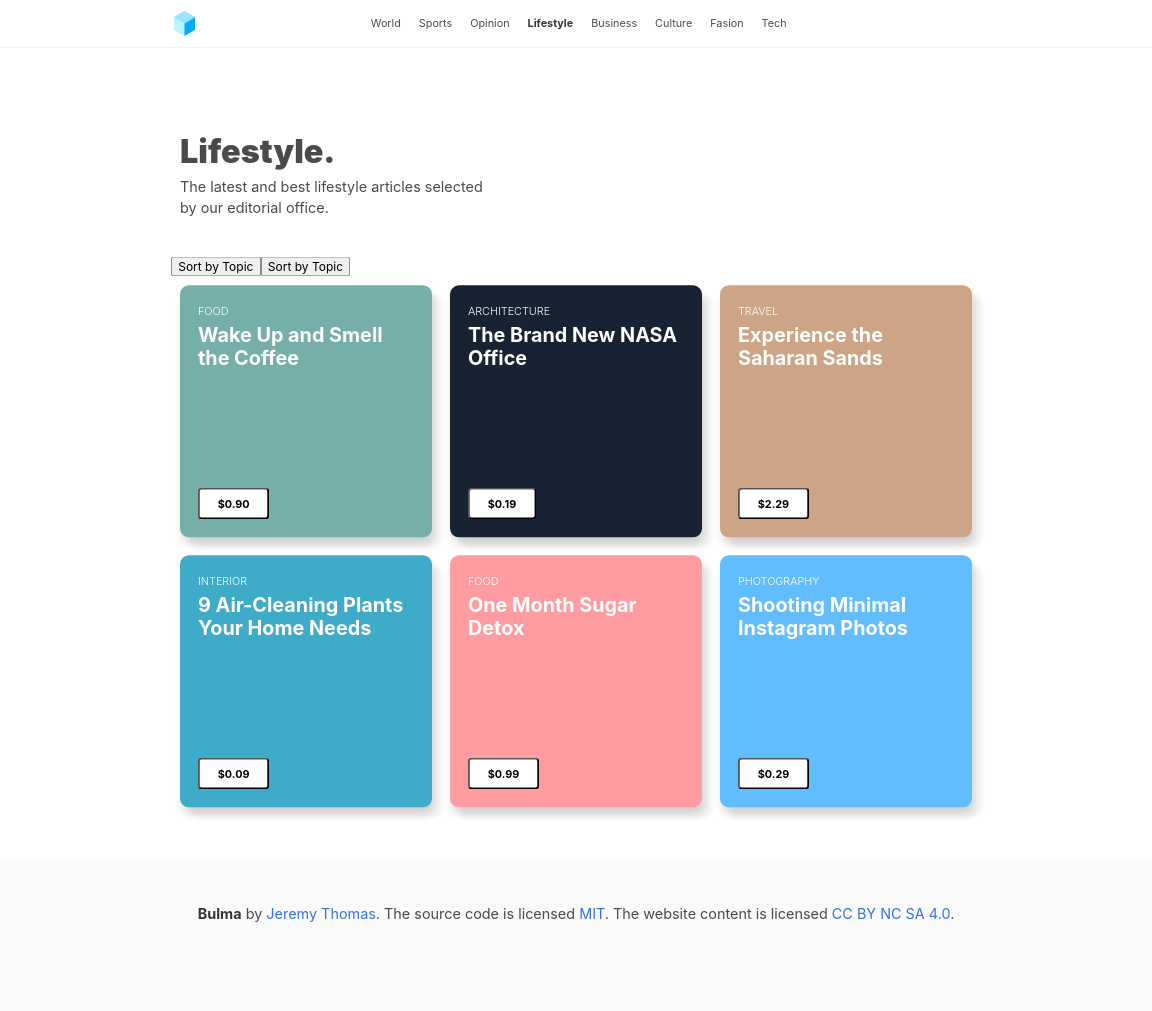
Repository: DOODpls/js_ass1
Page: index.html
An editor plug-in stored every save of this project. The page is shown before and after the next save, followed by the edit.
The browser window is 1280 px wide. The pictures show the whole page, at 90% of full size.

Above is the page before, as saved 2019-11-22 19:30:47.

After the next save:
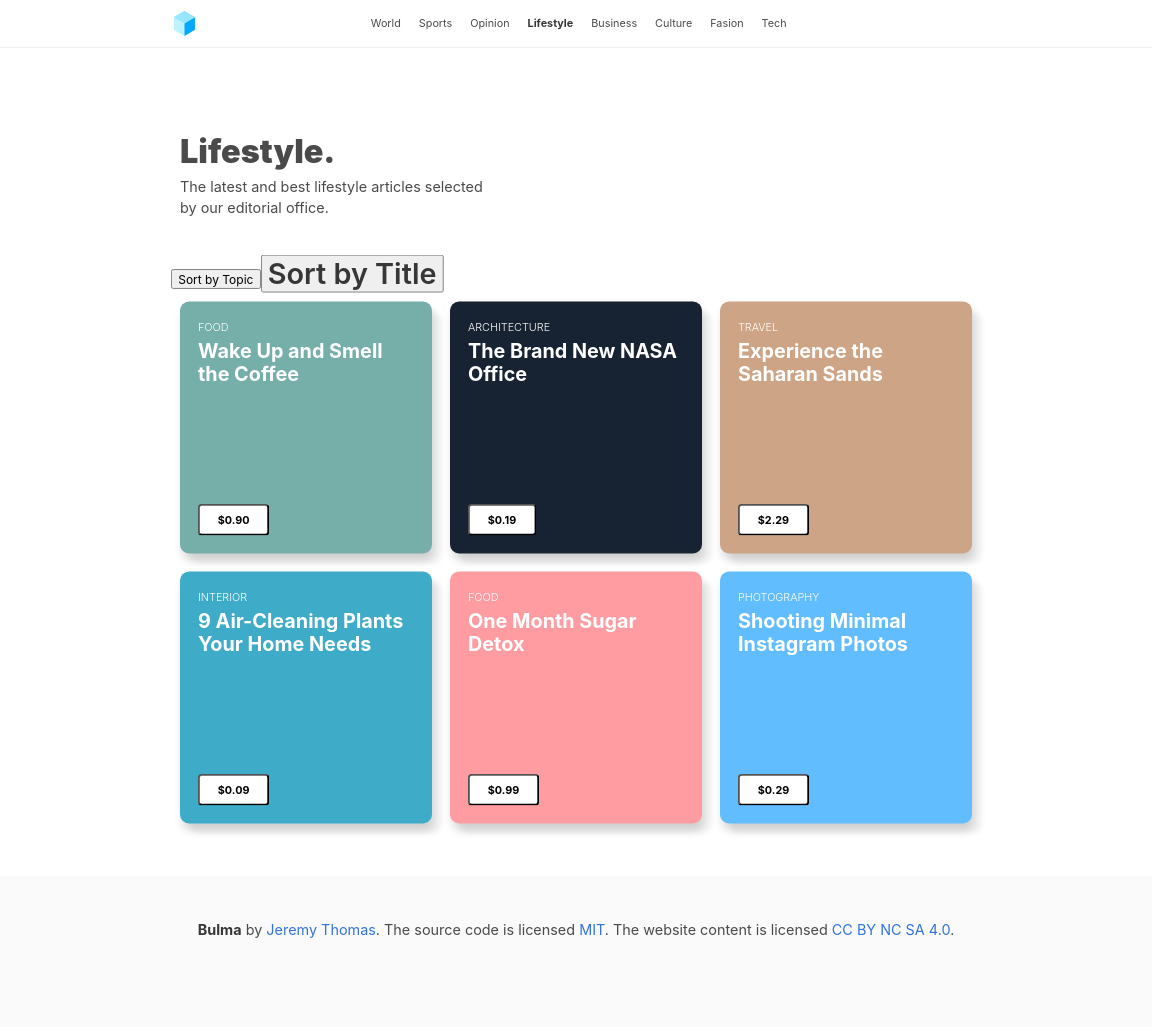
Saved 74 s later.
--- a/app.js
+++ b/app.js
@@ -110,13 +110,17 @@
     // tried to do sort, but i suck
     const container = document.querySelector('body section .container')
     const btn1 = document.createElement('button')
-    btn1.className= 'buy-button'
+    btn1.className= 'topic'
     btn1.id = "butt1"
     btn1.innerText = "Sort by Topic"
     const btn2 = document.createElement('button')
-    btn2.className= 'buy-button'
+    btn2.className= 'title'
     btn2.id = "butt2"
-    btn2.innerText = "Sort by Topic"
+    btn2.innerText = "Sort by Title"
+    const btn3 = document.createElement('button')
+    btn3.className= 'price'
+    btn3.id = "butt3"
+    btn3.innerText = "Sort by price"
     container.append(btn1, btn2)
 
     function sort1(){

After the 2 saves that followed:
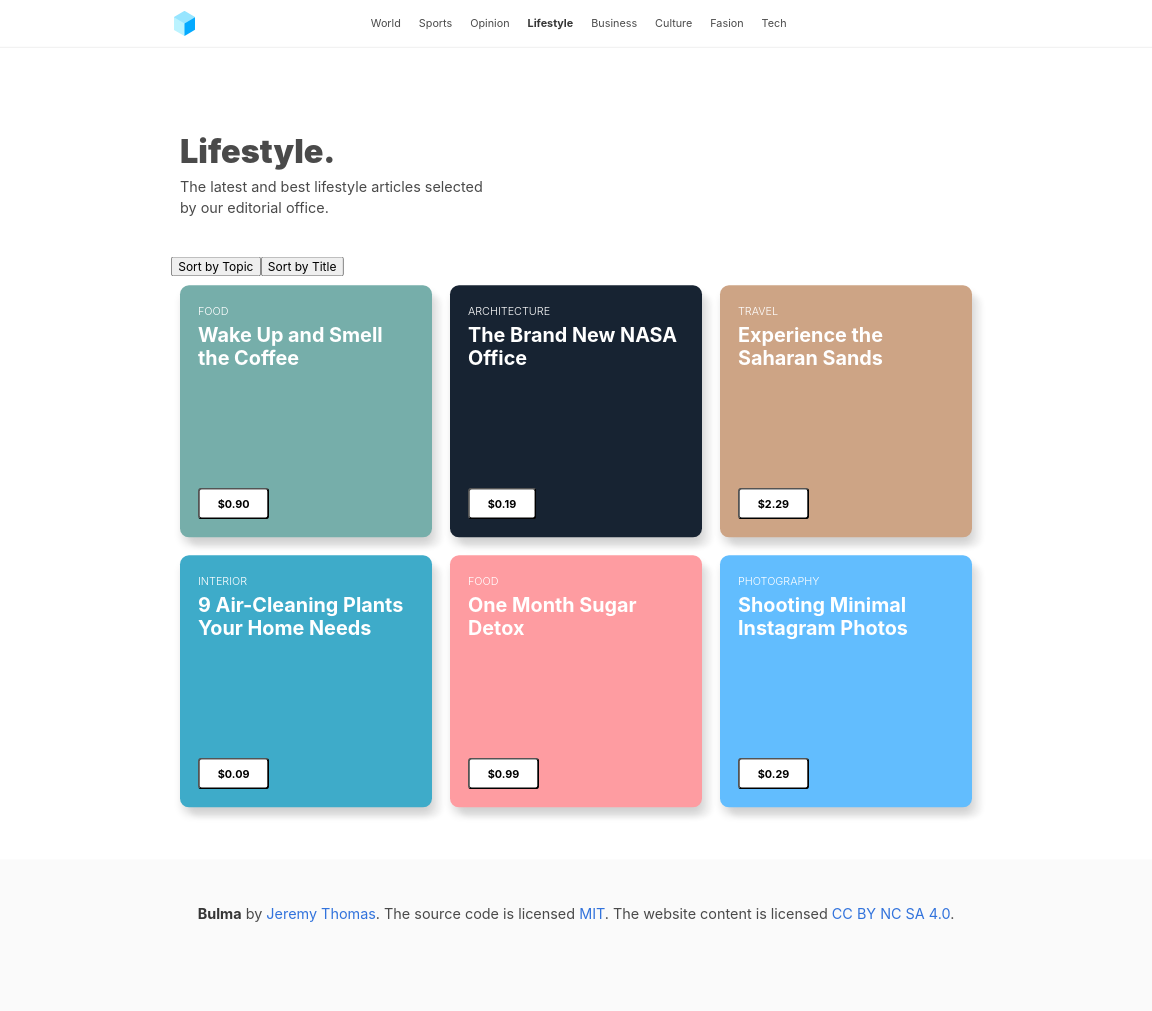
The 2 saves are shown as one change because 1 left the picture as it was.
The last was saved 39 s later.
--- a/app.js
+++ b/app.js
@@ -114,7 +114,7 @@
     btn1.id = "butt1"
     btn1.innerText = "Sort by Topic"
     const btn2 = document.createElement('button')
-    btn2.className= 'title'
+    btn2.className= 'bytitle'
     btn2.id = "butt2"
     btn2.innerText = "Sort by Title"
     const btn3 = document.createElement('button')
@@ -128,6 +128,9 @@
     }
     function sort2(){
       data.sort((a, b) => (a.title > b.title) ? 1 : -1)
+    }
+    function sort3(){
+      data.sort((a, b) => (a.price > b.price) ? 1 : -1)
     }
 
     btn1.addEventListener('click', function(event) {
